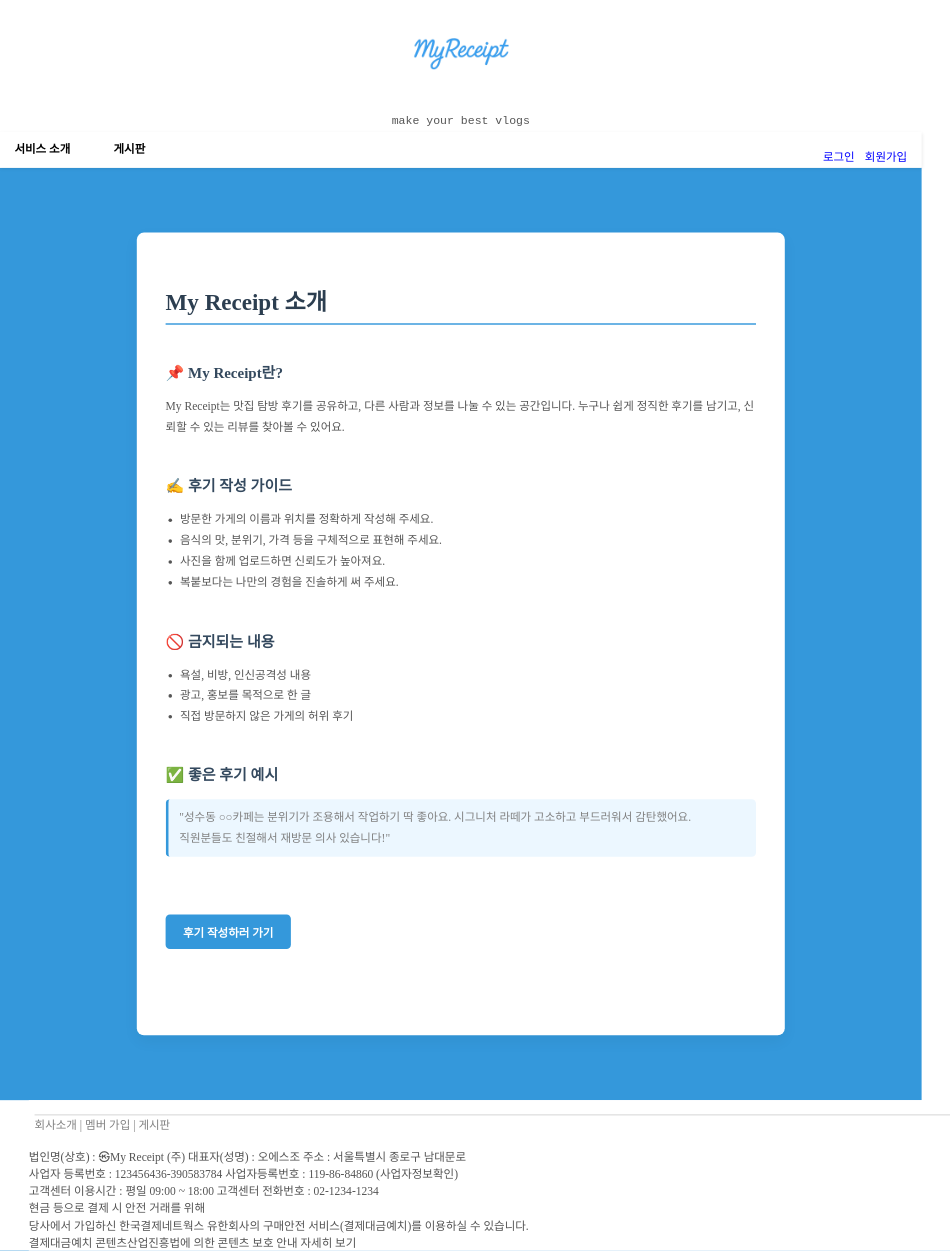
Repository: shong69/mini-project
Page: http://localhost/myReceipt2/intro
An editor plug-in stored every save of this project. The page is shown before and after the next save, followed by the edit.
The browser window is 1280 px wide. The page is 1320 px wide, so the pictures cover 1320 px, including what lies to the right of the window. The pictures show the whole page, at 72% of full size.
Some web fonts or font styles are not loaded; a fallback is used. The page is served by Tomcat 10. Other server files are loaded and not shown.

Above is the page before, as saved 2025-05-06 19:38:01.

### jspProject/myReceipt2/src/main/webapp/WEB-INF/views/intro.jsp
<%@ page language="java" contentType="text/html; charset=UTF-8"
    pageEncoding="UTF-8"%>
<!DOCTYPE html>
<html>
<head>
<meta charset="UTF-8">
<title>My Receipt</title>
<link rel="stylesheet" type="text/css" href="resources/css/main.css">
 <style>
 main {
 	color:white;
 	}
  .container {
    max-width: 900px;
    margin: 90px auto;
    background: white;
    padding: 70px 40px;
    border-radius: 10px;
    box-shadow: 0 8px 20px rgba(0, 0, 0, 0.05);
  }

  h1 {
    font-size: 2rem;
    color: #2c3e50;
    margin-bottom: 20px;
    border-bottom: 2px solid #3498db;
    padding-bottom: 10px;
  }

  h2 {
    font-size: 1.3rem;
    color: #34495e;
    margin-top: 30px;
    margin-bottom: 20px;
  }
  main section{
  	margin : 50px 0;
  }
  p, li {
    color: #555;
    font-size: 1rem;
    line-height: 1.8;
  }

  ul {
    padding-left: 20px;
  }

  .btn-write {
    display: inline-block;
    padding: 12px 24px;
    background-color: #3498db;
    color: white;
    font-weight: bold;
    border-radius: 6px;
    text-decoration: none;
    margin-top: 30px;
    transition: background-color 0.3s;
  }

  .btn-write:hover {
    background-color: #2b7cb8;
  }

  .highlight {
  	color: gray;
    background: #ecf7ff;
    border-left: 4px solid #3498db;
    padding: 10px 15px;
    margin-top: 10px;
    border-radius: 6px;
    line-height:30px;
  }
 </style>

</head>
<body>
	<jsp:include page="/WEB-INF/views/common/header.jsp"></jsp:include>
	<main>
	 <div class="container">
	    <h1>My Receipt 소개</h1>

	    <section>
	      <h2>📌 My Receipt란?</h2>
	      <p>My Receipt는 맛집 탐방 후기를 공유하고, 다른 사람과 정보를 나눌 수 있는 공간입니다. 누구나 쉽게 정직한 후기를 남기고, 신뢰할 수 있는 리뷰를 찾아볼 수 있어요.</p>
	    </section>

	    <section>
	      <h2>✍️ 후기 작성 가이드</h2>
	      <ul>
	        <li>방문한 가게의 이름과 위치를 정확하게 작성해 주세요.</li>
	        <li>음식의 맛, 분위기, 가격 등을 구체적으로 표현해 주세요.</li>
	        <li>사진을 함께 업로드하면 신뢰도가 높아져요.</li>
	        <li>복붙보다는 나만의 경험을 진솔하게 써 주세요.</li>
	      </ul>
	    </section>

	    <section>
	      <h2>🚫 금지되는 내용</h2>
	      <ul>
	        <li>욕설, 비방, 인신공격성 내용</li>
	        <li>광고, 홍보를 목적으로 한 글</li>
	        <li>직접 방문하지 않은 가게의 허위 후기</li>
	      </ul>
	    </section>

	    <section>
	      <h2>✅ 좋은 후기 예시</h2>
	      <div class="highlight">
	        "성수동 ○○카페는 분위기가 조용해서 작업하기 딱 좋아요. 시그니처 라떼가 고소하고 부드러워서 감탄했어요.
	        <br/>직원분들도 친절해서 재방문 의사 있습니다!"
	      </div>
	    </section>

	    <section>
	      <a href="/board/write" class="btn-write">후기 작성하러 가기</a>
	    </section>
	  </div>

    </main>
	<jsp:include page="/WEB-INF/views/common/footer.jsp"></jsp:include>
</body>
</html>

### jspProject/myReceipt2/src/main/webapp/WEB-INF/views/common/header.jsp
<%@ page language="java" contentType="text/html; charset=UTF-8"
    pageEncoding="UTF-8"%>
<%@ taglib prefix="c" uri="http://java.sun.com/jsp/jstl/core" %>
	<div id="header">
		<a href="/myReceipt2/index"><img src="resources/imgs/logo.png" style="width:150px;"/></a>
		<p style="font-family: 'Courier New', Courier, monospace;">make your best vlogs</p>
	</div>
	<div id="nav-bar">
		<div id="menu">
			<a href="/myReceipt2/intro">서비스 소개</a>
			<a href="/myReceipt2/board">게시판</a>
		</div>
		<div id="loginSt">
			<c:choose>
				<c:when test="${not empty sessionScope.loginMember}">
					<p>${sessionScope.loginMember.nickName}님이 로그인 중</p>
					<a href="/myReceipt2/logout">로그아웃</a>

				</c:when>
				<c:otherwise>
					<a href="/myReceipt2/login">로그인</a>
					<a href="/myReceipt2/sign">회원가입</a>
				</c:otherwise>
			</c:choose>
		</div>

	</div>

### jspProject/myReceipt2/src/main/webapp/WEB-INF/views/common/footer.jsp
<%@ page language="java" contentType="text/html; charset=UTF-8"
    pageEncoding="UTF-8"%>
	<footer class="footer">
	    <section>
	        <div class="footer-nav">
	            <a href="/">회사소개 |</a>
	            <a href="/signup">멤버 가입 |</a>
	            <a href="/">게시판</a>
	        </div>
	    </section>
	    <section>
	        <div>
	            법인명(상호) : ㉿My Receipt (주) 대표자(성명) : 오에스조 주소 : 서울특별시 종로구 남대문로 <br>
	            사업자 등록번호 : 123456436-390583784  사업자등록번호 : 119-86-84860 (사업자정보확인)<br>
	            고객센터 이용시간 : 평일 09:00 ~ 18:00  고객센터 전화번호 : 02-1234-1234
	        </div>

	        <div>
	            현금 등으로 결제 시 안전 거래를 위해<br>
	            당사에서 가입하신 한국결제네트웍스 유한회사의 구매안전 서비스(결제대금예치)를 이용하실 수 있습니다.<br>
	            결제대금예치 콘텐츠산업진흥법에 의한 콘텐츠 보호 안내 자세히 보기
	        </div>
	    </section>
	</footer>

### jspProject/myReceipt2/src/main/java/com/project/jsp/controller/IndexController.java
package com.project.jsp.controller;

import java.io.IOException;

import jakarta.servlet.ServletException;
import jakarta.servlet.http.HttpServlet;
import jakarta.servlet.http.HttpServletRequest;
import jakarta.servlet.http.HttpServletResponse;

public class IndexController extends HttpServlet{
	@Override
	protected void doGet(HttpServletRequest req, HttpServletResponse resp) throws ServletException, IOException {
        String path = req.getServletPath(); // 요청 URL 패턴을 얻음

        if ("/index".equals(path)) {
        	req.getRequestDispatcher("/WEB-INF/views/index.jsp").forward(req, resp);
        } else if ("/intro".equals(path)) {
        	req.getRequestDispatcher("/WEB-INF/views/intro.jsp").forward(req, resp);
        } else {
        	resp.sendError(HttpServletResponse.SC_NOT_FOUND);
        }
	}

}

### jspProject/myReceipt2/src/main/webapp/resources/css/main.css
* {
	box-sizing: border-box;
	padding: 0;
	margin: 0;
	font-family: 'main';
}
/* 메인 폰트 */
@font-face {
	font-family: 'main';
	src:
		url('https://fastly.jsdelivr.net/gh/Project-Noonnu/noonfonts_2107@1.1/Pretendard-Regular.woff')
		format('woff');
	font-style: normal;
	font-weight: 400;
}

/*header*/
#header {
	width: 100%;
	text-align: center;
}

#header>div:first-child {
	margin-bottom: 15px;
}

#nav-bar {
	line-height: 50px;
	height: 50px;
	position: sticky;
	top: 0;
	left: 0;
	background-color: white;
	z-index: 1000;
	box-shadow: 0 2px 5px rgba(0, 0, 0, 0.1);
}

#loginSt {
	position: absolute;
	top: 10px;
	right: 20px;
}

#loginSt a {
	margin-left: 10px;
	color: blue;
	text-decoration: none;
}

#menu {
	display: flex;
	gap: 20px;
}

#menu a {
	text-decoration: none;
	color: black;
	font-weight: bold;
	padding: 0 20px;
	position: relative;
	overflow: hidden;
	transition: background-color 0.5s ease;
}

#menu a:hover {
	background-color: #335085;
	animation-duration: 2s;
	color: whitesmoke;
}

main {
	background-color: #3498db;
	display: flex;
	flex-direction: column;
	align-items: center;
	min-height:500px;
}

.section-title {
	font-size: 3.5rem;
	margin: 100px 0 70px 0;
}

#carousel {
	width: 90%;
	height: 300px;
	background-color: #ddd;
	margin-top: 20px;
}
/*footer*/
.footer {
	background-color: white;
	width: 100%;
	height: auto;
	display: flex;
	flex-direction: column;
	padding-top: 20px;
	margin: 0 40px;
}

.footer>section:first-child {
	border-top: 1px solid #c5c5c5;
	display: flex;
	flex-direction: row;
	margin-left: 8px;
}

.footer>section a {
	color: gray;
	text-decoration: none;
}

.footer>section:nth-child(2) {
	padding-top: 20px;
	color: rgb(83, 83, 83);
}

After the next save:
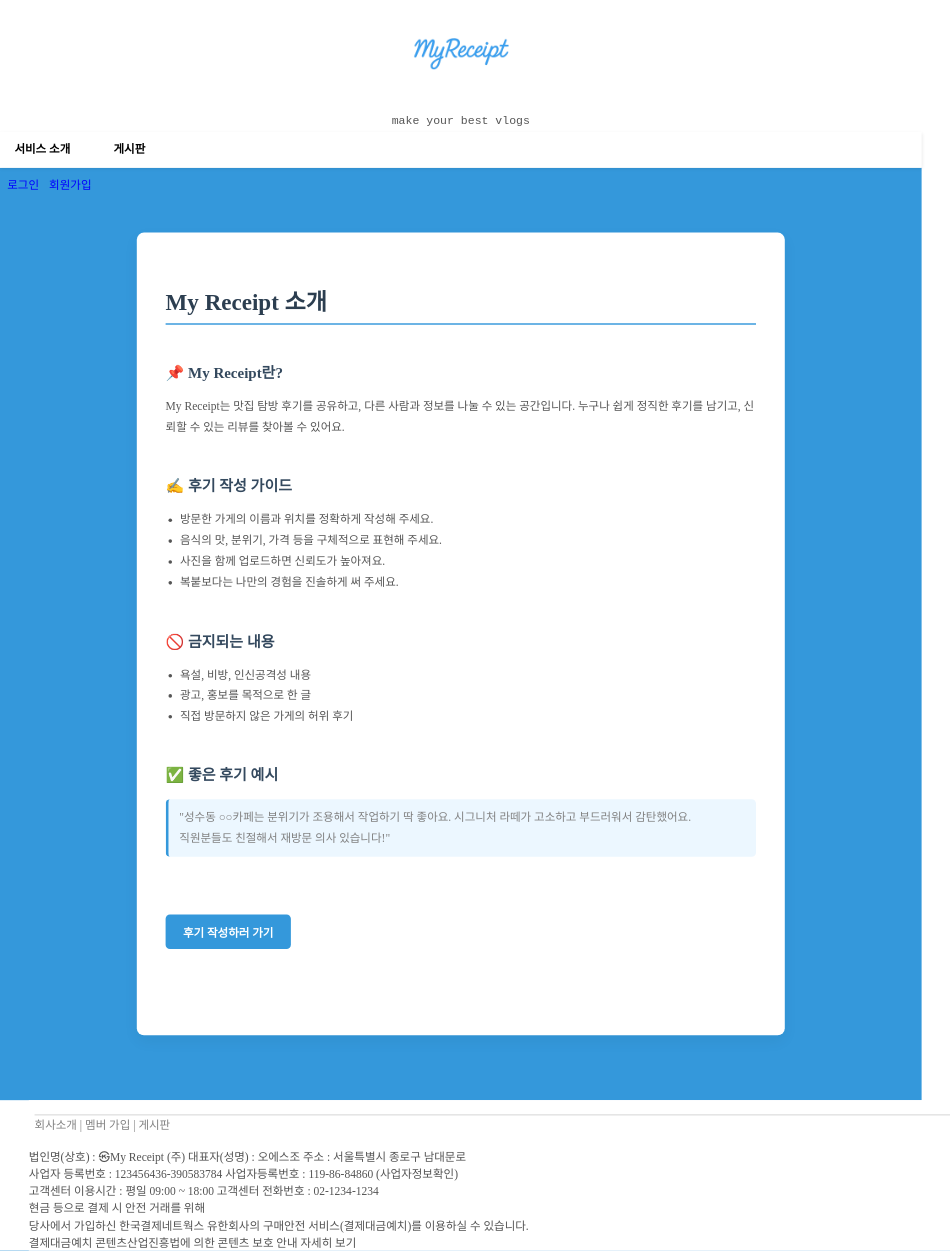
Saved 82 s later.
--- a/jspProject/myReceipt2/src/main/webapp/resources/css/main.css
+++ b/jspProject/myReceipt2/src/main/webapp/resources/css/main.css
@@ -36,9 +36,7 @@
 }
 
 #loginSt {
-	position: absolute;
-	top: 10px;
-	right: 20px;
+
 }
 
 #loginSt a {
